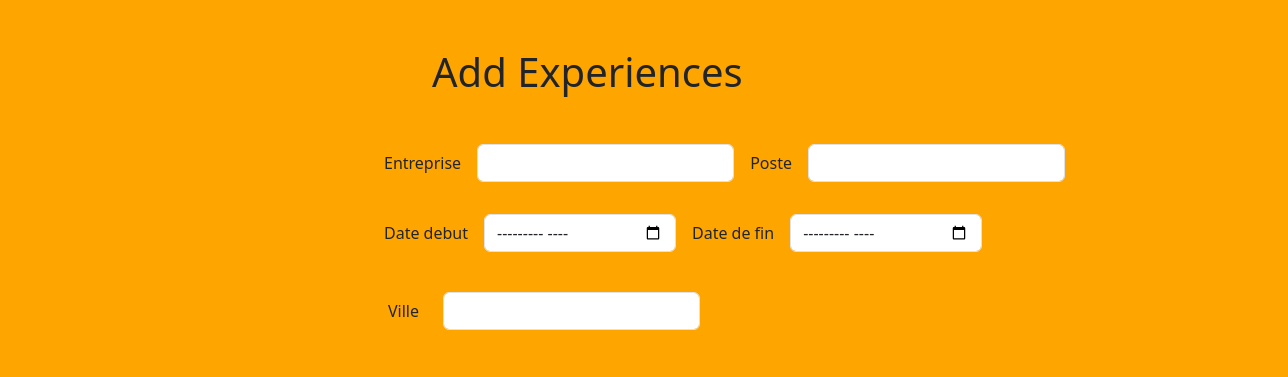
Repository: moAllElite/Examen-EJB-WEB-EAR
Page: http://localhost/SearchJobsWeb/views/exp_form_skills/addExp.jsp
The author's editor kept a copy of each file at every save. The page is drawn from the files as they stood at one save, then again after a run of saves.
The browser window is 1280 px wide. The page is 1288 px wide, so the pictures cover 1288 px, including what lies to the right of the window. The pictures show the whole page.
The page is served by Tomcat 9. Nobody is signed in. The application's start-up code is not run.

Above is the page before, as saved 2023-03-25 22:42:08.

After the next 2 saves:
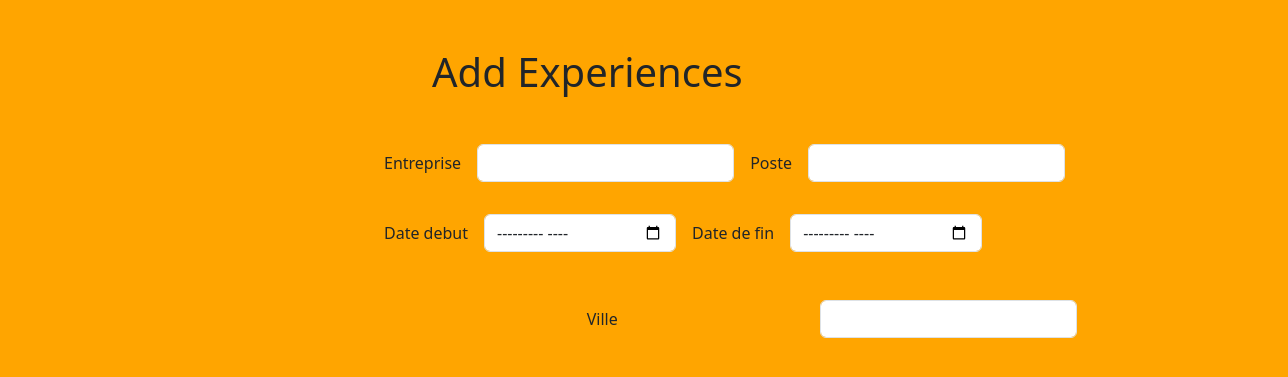
The 2 saves are shown as one change because they came seconds apart.
The last was saved 81 s later.
--- a/SearchJobsWeb/src/main/webapp/views/exp_form_skills/main.jsp
+++ b/SearchJobsWeb/src/main/webapp/views/exp_form_skills/main.jsp
@@ -42,7 +42,7 @@
 		    <div class="col-auto">
 		      <input type="month"  name="datefn" required="required" class="form-control"  aria-describedby="addon-wrapping">
 		    </div>
-		    <div class="row g-4 align-items-center mt-3">
+		    <div class="d-flex justify-content-evenly mt-5">
 		      <div class="col-auto">
 		        <label for="inputPassword6" class="col-form-label">Ville</label>
 		      </div>
